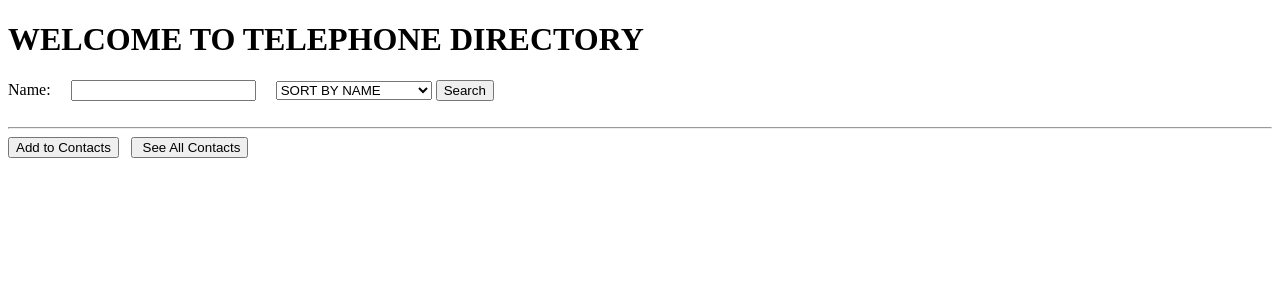
Repository: nikhilbad7/jsp-practicals
Page: classwork/WebContent/exp13.html
These files come from the project's save history. The page is drawn as it stood at one moment and after the next save; the edit follows.
The browser window is 1280 px wide. The pictures show the whole page.

Above is the page before, as saved 2018-04-12 09:37:02.

After the next save:
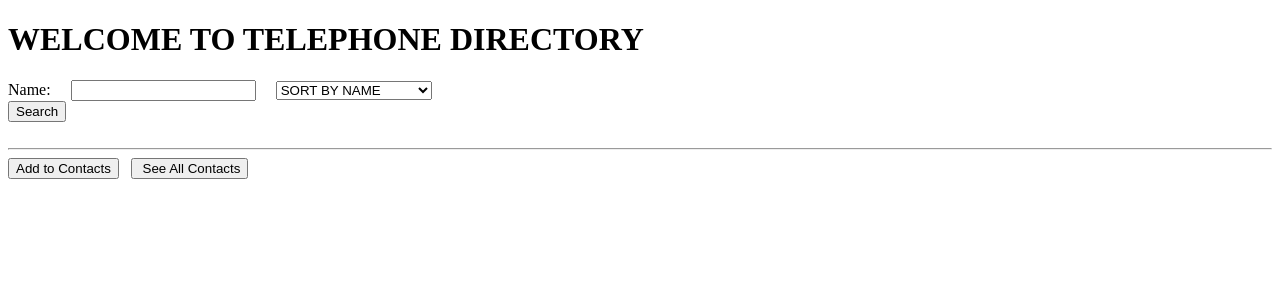
Saved 80 s later.
--- a/classwork/WebContent/exp13.html
+++ b/classwork/WebContent/exp13.html
@@ -18,7 +18,7 @@
 			<select name="sort">
 				<option>SORT BY NAME</option>
 				<option>SORT BY PHONE NO</option>
-			</select>
+			</select><br/>
 			<input type="submit" value="Search" />
 		</form>
 		<br/><hr/>
